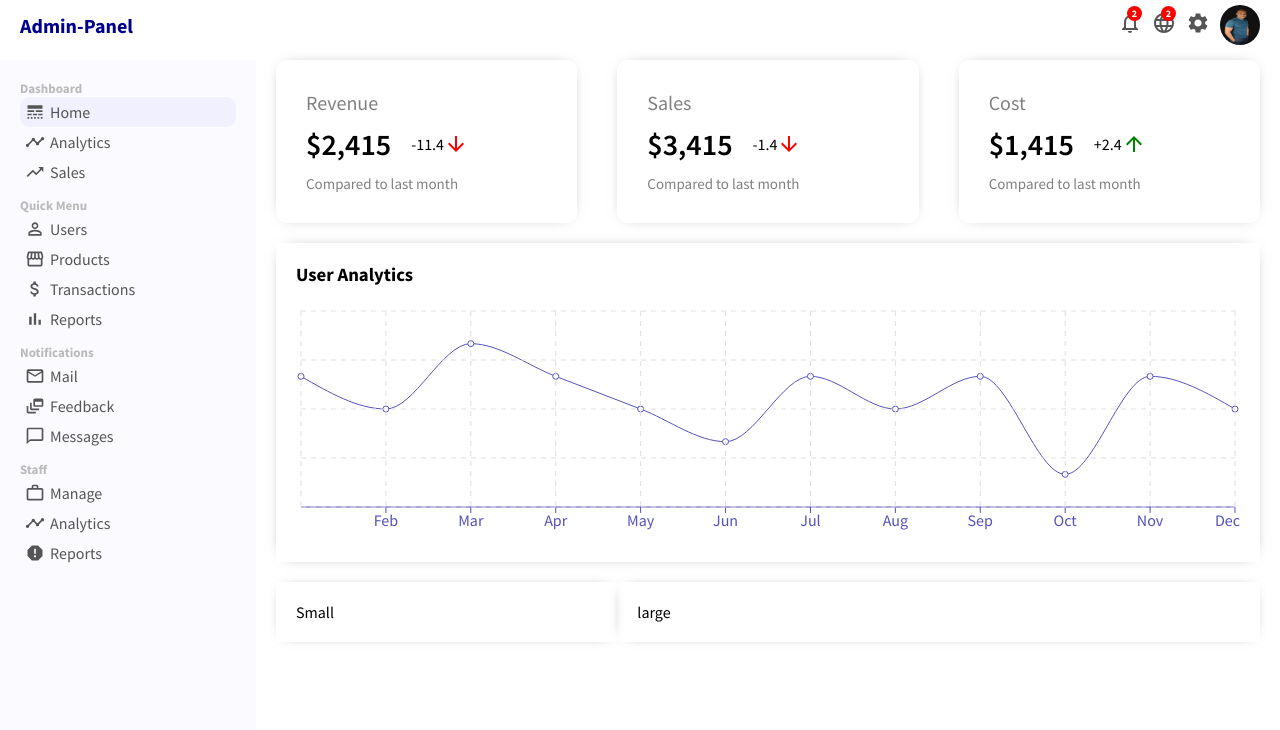
Repository: Samkiroko/admin-panel-ui
Page: /products
These files come from the project's save history. The page is drawn as it stood at one moment and after the next save; the edit follows.
The browser window is 1280 px wide. The pictures show the whole page.
The project was rebuilt for these pictures with package versions that can differ from the ones it lists, and the page was loaded fresh each time.

Above is the page before, as saved 2021-09-22 21:23:05.

### public/index.html
<!DOCTYPE html>
<html lang="en">
  <head>
    <meta charset="utf-8" />

    <meta name="viewport" content="width=device-width, initial-scale=1" />
    <meta name="theme-color" content="#000000" />
    <meta
      name="description"
      content="Web site created using create-react-app"
    />
    <link rel="preconnect" href="https://fonts.googleapis.com" />
    <link rel="preconnect" href="https://fonts.gstatic.com" crossorigin />
    <link
      href="https://fonts.googleapis.com/css2?family=Source+Sans+Pro:wght@200;300;400;600;700;900&display=swap"
      rel="stylesheet"
    />

    <style>
      * {
        font-family: "Source Sans Pro", sans-serif;
        margin: 0;
      }
    </style>
    <title>React admin panel</title>
  </head>

  <body>
    <noscript>You need to enable JavaScript to run this app.</noscript>
    <div id="root"></div>
  </body>
</html>

### src/App.js
import Sidebar from './components/sidebar/Sidebar'
import Topbar from './components/topbar/Topbar'
import './app.css'
import Home from './pages/home/Home'

function App() {
  return (
    <div className='App'>
      <Topbar />
      <div className='container'>
        <Sidebar />
        <Home />
      </div>
    </div>
  )
}

export default App

### src/components/sidebar/Sidebar.js
import {
  LineStyle,
  Timeline,
  TrendingUp,
  PermIdentity,
  Storefront,
  AttachMoney,
  BarChart,
  MailOutline,
  DynamicFeed,
  ChatBubbleOutline,
  WorkOutline,
  Report,
} from '@material-ui/icons'
import React from 'react'
import './sidebar.css'

const Sidebar = () => {
  return (
    <div className='sidebar'>
      <div className='sidebarWrapper'>
        <div className='sidebarMenu'>
          <h3 className='sidebarTitle'>Dashboard</h3>
          <ul className='sidebarList'>
            <li className='sidebarListItem active'>
              <LineStyle className='sidebarIcon' />
              Home
            </li>

            <li className='sidebarListItem'>
              <Timeline className='sidebarIcon' />
              Analytics
            </li>
            <li className='sidebarListItem'>
              <TrendingUp className='sidebarIcon' />
              Sales
            </li>
          </ul>
        </div>
        <div className='sidebarMenu'>
          <h3 className='sidebarTitle'>Quick Menu</h3>
          <ul className='sidebarList'>
            <li className='sidebarListItem'>
              <PermIdentity className='sidebarIcon' />
              Users
            </li>

            <li className='sidebarListItem'>
              <Storefront className='sidebarIcon' />
              Products
            </li>

            <li className='sidebarListItem'>
              <AttachMoney className='sidebarIcon' />
              Transactions
            </li>
            <li className='sidebarListItem'>
              <BarChart className='sidebarIcon' />
              Reports
            </li>
          </ul>
        </div>
        <div className='sidebarMenu'>
          <h3 className='sidebarTitle'>Notifications</h3>
          <ul className='sidebarList'>
            <li className='sidebarListItem'>
              <MailOutline className='sidebarIcon' />
              Mail
            </li>
            <li className='sidebarListItem'>
              <DynamicFeed className='sidebarIcon' />
              Feedback
            </li>
            <li className='sidebarListItem'>
              <ChatBubbleOutline className='sidebarIcon' />
              Messages
            </li>
          </ul>
        </div>
        <div className='sidebarMenu'>
          <h3 className='sidebarTitle'>Staff</h3>
          <ul className='sidebarList'>
            <li className='sidebarListItem'>
              <WorkOutline className='sidebarIcon' />
              Manage
            </li>
            <li className='sidebarListItem'>
              <Timeline className='sidebarIcon' />
              Analytics
            </li>
            <li className='sidebarListItem'>
              <Report className='sidebarIcon' />
              Reports
            </li>
          </ul>
        </div>
      </div>
    </div>
  )
}

export default Sidebar

### src/components/topbar/Topbar.js
import React from 'react'
import './topbar.css'
import { Language, NotificationsNone, Settings } from '@material-ui/icons'
import avatar from '../../images/sam_pic.jpeg'
const Topbar = () => {
  return (
    <div className='topbar'>
      <div className='topbarWrapper'>
        <div className='topLeft'>
          <span className='logo'>Admin-Panel</span>
        </div>
        <div className='topRight'>
          <div className='topbarIconContainer'>
            <NotificationsNone />
            <span className='topIconBadge'>2</span>
          </div>
          <div className='topbarIconContainer'>
            <Language />
            <span className='topIconBadge'>2</span>
          </div>
          <div className='topbarIconContainer'>
            <Settings />
          </div>
          <img src={avatar} alt='avatar' className='topAvatar' />
        </div>
      </div>
    </div>
  )
}

export default Topbar

### src/app.css
.container {
    display: flex;
    margin-top: 10px;
}

.link {
    text-decoration: none;
    color: inherit;
}

### src/pages/home/Home.js
import React from 'react'
import Chart from '../../components/chart/Chart'
import FeatureInfo from '../../components/featuredInfo/FeatureInfo'
import './home.css'
import { userData } from '../../dummyData'
import WidgetLg from '../../components/widgetLg/WidgetLg'
import WidgetSm from '../../components/widgetSm/WidgetSm'

const Home = () => {
  return (
    <div className='home'>
      <FeatureInfo />
      <Chart data={userData} title='User Analytics' grid dataKey='Active User' />
      <div className='homeWidgets'>
        <WidgetSm />
        <WidgetLg />
      </div>
    </div>
  )
}

export default Home

### src/components/sidebar/sidebar.css
.sidebar {
    flex: 1;
    height: calc(100vh - 50px);
    background-color: rgb(251, 251, 255);
    position: sticky;
    top: 50px;
}

.sidebarWrapper {
    padding: 20px;
    color: #555;
}

.sidebarMenu {
    margin-bottom: 10px;
}

.sidebarTitle {
    font-size: 13px;
    color: rgb(187, 186, 186);
}

.sidebarList {
    list-style: none;
    padding: 0;
}

.sidebarListItem {
    padding: 5px;
    cursor: pointer;
    display: flex;
    align-items: center;
    border-radius: 10px;
}

.sidebarListItem.active,
.sidebarListItem:hover {
    background-color: rgb(240, 240, 255);
}

.sidebarIcon {
    margin-right: 5px;
    font-size: 20px !important;
}

### src/components/topbar/topbar.css
.topbar {
    width: 100%;
    height: 50px;
    background-color: white;
    position: sticky;
    top: 0;
    z-index: 999;
}

.topbarWrapper {
    height: 100%;
    padding: 0px 20px;
    display: flex;
    align-items: center;
    justify-content: space-between;
}

.logo {
    font-weight: bold;
    font-size: 20px;
    color: darkblue;
    cursor: pointer;
}

.topbarIconContainer {
    position: relative;
    align-items: center;
    margin-right: 10px;
    color: #555;
}

.topIconBadge {
    width: 15px;
    height: 15px;
    position: absolute;
    top: -5px;
    right: 0px;
    background-color: red;
    color: white;
    border-radius: 50%;
    display: flex;
    align-items: center;
    justify-content: center;
    font-size: 10px;
    font-weight: bold;
}

.topRight {
    display: flex;
    align-items: center;
    cursor: pointer;
}

.topAvatar {
    width: 40px;
    height: 40px;
    border-radius: 50%;
    cursor: pointer;
}

### src/components/chart/Chart.js
import './chart.css'
import { LineChart, Line, XAxis, CartesianGrid, Tooltip, ResponsiveContainer } from 'recharts'

export default function Chart({ title, data, dataKey, grid }) {
  return (
    <div className='chart'>
      <h3 className='chartTitle'>{title}</h3>
      <ResponsiveContainer width='100%' aspect={4 / 1}>
        <LineChart data={data}>
          <XAxis dataKey='name' stroke='#5550bd' />
          <Line type='monotone' dataKey={dataKey} stroke='#5550bd' />
          <Tooltip />
          {grid && <CartesianGrid stroke='#e0dfdf' strokeDasharray='5 5' />}
        </LineChart>
      </ResponsiveContainer>
    </div>
  )
}

### src/components/featuredInfo/FeatureInfo.js
import { ArrowDownward, ArrowUpward } from '@material-ui/icons'
import React from 'react'
import './featureInfo.css'

const FeatureInfo = () => {
  return (
    <div className='featured'>
      <div className='featuredItem'>
        <span className='featuredTitle'>Revenue</span>
        <div className='featuredMoneyContainer'>
          <span className='featuredMoney'>$2,415</span>
          <span className='featuredMoneyRate'>
            -11.4
            <ArrowDownward className='featuredIcon negative' />
          </span>
        </div>
        <span className='featuredSub'>Compared to last month</span>
      </div>
      <div className='featuredItem'>
        <span className='featuredTitle'>Sales</span>
        <div className='featuredMoneyContainer'>
          <span className='featuredMoney'>$3,415</span>
          <span className='featuredMoneyRate'>
            -1.4
            <ArrowDownward className='featuredIcon negative' />
          </span>
        </div>
        <span className='featuredSub'>Compared to last month</span>
      </div>{' '}
      <div className='featuredItem'>
        <span className='featuredTitle'>Cost</span>
        <div className='featuredMoneyContainer'>
          <span className='featuredMoney'>$1,415</span>
          <span className='featuredMoneyRate'>
            +2.4
            <ArrowUpward className='featuredIcon ' />
          </span>
        </div>
        <span className='featuredSub'>Compared to last month</span>
      </div>
    </div>
  )
}

export default FeatureInfo

### src/dummyData.js
export const userData = [
  {
    name: 'Jan',
    'Active User': 4000,
  },
  {
    name: 'Feb',
    'Active User': 3000,
  },
  {
    name: 'Mar',
    'Active User': 5000,
  },
  {
    name: 'Apr',
    'Active User': 4000,
  },
  {
    name: 'May',
    'Active User': 3000,
  },
  {
    name: 'Jun',
    'Active User': 2000,
  },
  {
    name: 'Jul',
    'Active User': 4000,
  },
  {
    name: 'Aug',
    'Active User': 3000,
  },
  {
    name: 'Sep',
    'Active User': 4000,
  },
  {
    name: 'Oct',
    'Active User': 1000,
  },
  {
    name: 'Nov',
    'Active User': 4000,
  },
  {
    name: 'Dec',
    'Active User': 3000,
  },
]

export const productData = [
  {
    name: 'Jan',
    Sales: 4000,
  },
  {
    name: 'Feb',
    Sales: 3000,
  },
  {
    name: 'Mar',
    Sales: 5000,
  },
]

export const userRows = [
  {
    id: 1,
    username: 'Jon Snow',
    avatar: 'https://images.pexels.com/photos/1152994/pexels-photo-1152994.jpeg?auto=compress&cs=tinysrgb&dpr=2&w=500',
    email: 'jon@gmail.com',
    status: 'active',
    transaction: '$120.00',
  },
  {
    id: 2,
    username: 'Jon Snow',
    avatar: 'https://images.pexels.com/photos/1152994/pexels-photo-1152994.jpeg?auto=compress&cs=tinysrgb&dpr=2&w=500',
    email: 'jon@gmail.com',
    status: 'active',
    transaction: '$120.00',
  },
  {
    id: 3,
    username: 'Jon Snow',
    avatar: 'https://images.pexels.com/photos/1152994/pexels-photo-1152994.jpeg?auto=compress&cs=tinysrgb&dpr=2&w=500',
    email: 'jon@gmail.com',
    status: 'active',
    transaction: '$120.00',
  },
  {
    id: 4,
    username: 'Jon Snow',
    avatar: 'https://images.pexels.com/photos/1152994/pexels-photo-1152994.jpeg?auto=compress&cs=tinysrgb&dpr=2&w=500',
    email: 'jon@gmail.com',
    status: 'active',
    transaction: '$120.00',
  },
  {
    id: 5,
    username: 'Jon Snow',
    avatar: 'https://images.pexels.com/photos/1152994/pexels-photo-1152994.jpeg?auto=compress&cs=tinysrgb&dpr=2&w=500',
    email: 'jon@gmail.com',
    status: 'active',
    transaction: '$120.00',
  },
  {
    id: 6,
    username: 'Jon Snow',
    avatar: 'https://images.pexels.com/photos/1152994/pexels-photo-1152994.jpeg?auto=compress&cs=tinysrgb&dpr=2&w=500',
    email: 'jon@gmail.com',
    status: 'active',
    transaction: '$120.00',
  },
  {
    id: 7,
    username: 'Jon Snow',
    avatar: 'https://images.pexels.com/photos/1152994/pexels-photo-1152994.jpeg?auto=compress&cs=tinysrgb&dpr=2&w=500',
    email: 'jon@gmail.com',
    status: 'active',
    transaction: '$120.00',
  },
  {
    id: 8,
    username: 'Jon Snow',
    avatar: 'https://images.pexels.com/photos/1152994/pexels-photo-1152994.jpeg?auto=compress&cs=tinysrgb&dpr=2&w=500',
    email: 'jon@gmail.com',
    status: 'active',
    transaction: '$120.00',
  },
  {
    id: 9,
    username: 'Jon Snow',
    avatar: 'https://images.pexels.com/photos/1152994/pexels-photo-1152994.jpeg?auto=compress&cs=tinysrgb&dpr=2&w=500',
    email: 'jon@gmail.com',
    status: 'active',
    transaction: '$120.00',
  },
  {
    id: 10,
    username: 'Jon Snow',
    avatar: 'https://images.pexels.com/photos/1152994/pexels-photo-1152994.jpeg?auto=compress&cs=tinysrgb&dpr=2&w=500',
    email: 'jon@gmail.com',
    status: 'active',
    transaction: '$120.00',
  },
]

export const productRows = [
  {
    id: 1,
    name: 'Apple Airpods',
    img: 'https://images.pexels.com/photos/7156886/pexels-photo-7156886.jpeg?auto=compress&cs=tinysrgb&dpr=2&w=500',
    stock: 123,
    status: 'active',
    price: '$120.00',
  },
  {
    id: 2,
    name: 'Apple Airpods',
    img: 'https://images.pexels.com/photos/7156886/pexels-photo-7156886.jpeg?auto=compress&cs=tinysrgb&dpr=2&w=500',
    stock: 123,
    status: 'active',
    price: '$120.00',
  },
  {
    id: 3,
    name: 'Apple Airpods',
    img: 'https://images.pexels.com/photos/7156886/pexels-photo-7156886.jpeg?auto=compress&cs=tinysrgb&dpr=2&w=500',
    stock: 123,
    status: 'active',
    price: '$120.00',
  },
  {
    id: 4,
    name: 'Apple Airpods',
    img: 'https://images.pexels.com/photos/7156886/pexels-photo-7156886.jpeg?auto=compress&cs=tinysrgb&dpr=2&w=500',
    stock: 123,
    status: 'active',
    price: '$120.00',
  },
  {
    id: 5,
    name: 'Apple Airpods',
    img: 'https://images.pexels.com/photos/7156886/pexels-photo-7156886.jpeg?auto=compress&cs=tinysrgb&dpr=2&w=500',
    stock: 123,
    status: 'active',
    price: '$120.00',
  },
  {
    id: 6,
    name: 'Apple Airpods',
    img: 'https://images.pexels.com/photos/7156886/pexels-photo-7156886.jpeg?auto=compress&cs=tinysrgb&dpr=2&w=500',
    stock: 123,
    status: 'active',
    price: '$120.00',
  },
  {
    id: 7,
    name: 'Apple Airpods',
    img: 'https://images.pexels.com/photos/7156886/pexels-photo-7156886.jpeg?auto=compress&cs=tinysrgb&dpr=2&w=500',
    stock: 123,
    status: 'active',
    price: '$120.00',
  },
  {
    id: 8,
    name: 'Apple Airpods',
    img: 'https://images.pexels.com/photos/7156886/pexels-photo-7156886.jpeg?auto=compress&cs=tinysrgb&dpr=2&w=500',
    stock: 123,
    status: 'active',
    price: '$120.00',
  },
  {
    id: 9,
    name: 'Apple Airpods',
    img: 'https://images.pexels.com/photos/7156886/pexels-photo-7156886.jpeg?auto=compress&cs=tinysrgb&dpr=2&w=500',
    stock: 123,
    status: 'active',
    price: '$120.00',
  },
  {
    id: 10,
    name: 'Apple Airpods',
    img: 'https://images.pexels.com/photos/7156886/pexels-photo-7156886.jpeg?auto=compress&cs=tinysrgb&dpr=2&w=500',
    stock: 123,
    status: 'active',
    price: '$120.00',
  },
]

### src/components/widgetLg/WidgetLg.js
import React from 'react'
import './widgetLg.css'

const WidgetLg = () => {
  return <div className='widgetLg'>large</div>
}

export default WidgetLg

### src/components/widgetSm/WidgetSm.js
import React from 'react'
import './widgetSm.css'

const WidgetSm = () => {
  return <div className='widgetSg'>Small</div>
}

export default WidgetSm

### src/components/chart/chart.css
.chart {
    margin: 20px;
    padding: 20px;
    cursor: pointer;
    -webkit-box-shadow: 0px 0px 15px -10px rgba(0, 0, 0, 0.75);
    box-shadow: 0px 0px 15px -10px rgba(0, 0, 0, 0.75);
}

.chartTitle {
    margin-bottom: 20px;
}

### src/components/featuredInfo/featureInfo.css
.featured {
    width: 100%;
    display: flex;
    justify-content: space-between;
}

.featuredItem {
    flex: 1;
    margin: 0px 20px;
    padding: 30px;
    border-radius: 10px;
    cursor: pointer;
    -webkit-box-shadow: 0px 0px 15px -10px rgba(0, 0, 0, 0.75);
    box-shadow: 0px 0px 15px -10px rgba(0, 0, 0, 0.75);
}

.featuredTitle {
    font-size: 20px;
    color: gray;
}

.featuredMoneyContainer {
    margin: 10px 0px;
    display: flex;
    align-items: center;
}

.featuredMoney {
    font-size: 30px;
    font-weight: 600;
}

.featuredMoneyRate {
    display: flex;
    align-items: center;
    margin-left: 20px;
}

.featuredIcon {
    font-size: 14px;
    margin-right: 5px;
    color: green;
}

.featuredIcon.negative {
    color: red;
}

.featuredSub {
    font-size: 15px;
    color: gray;
}

### src/components/widgetLg/widgetLg.css
.widgetLg {
    flex: 2;
    padding: 20px;
    -webkit-box-shadow: 0px 0px 15px -10px rgba(0, 0, 0, 0.75);
    box-shadow: 0px 0px 15px -10px rgba(0, 0, 0, 0.75);
}

### src/components/widgetSm/widgetSm.css
.widgetSg {
    flex: 1;
    padding: 20px;
    -webkit-box-shadow: 0px 0px 15px -10px rgba(0, 0, 0, 0.75);
    box-shadow: 0px 0px 15px -10px rgba(0, 0, 0, 0.75);
}

Loaded but not shown: src/index.js (common file); src/index.css (common file); src/pages/home/home.css (common file)

After the next save:
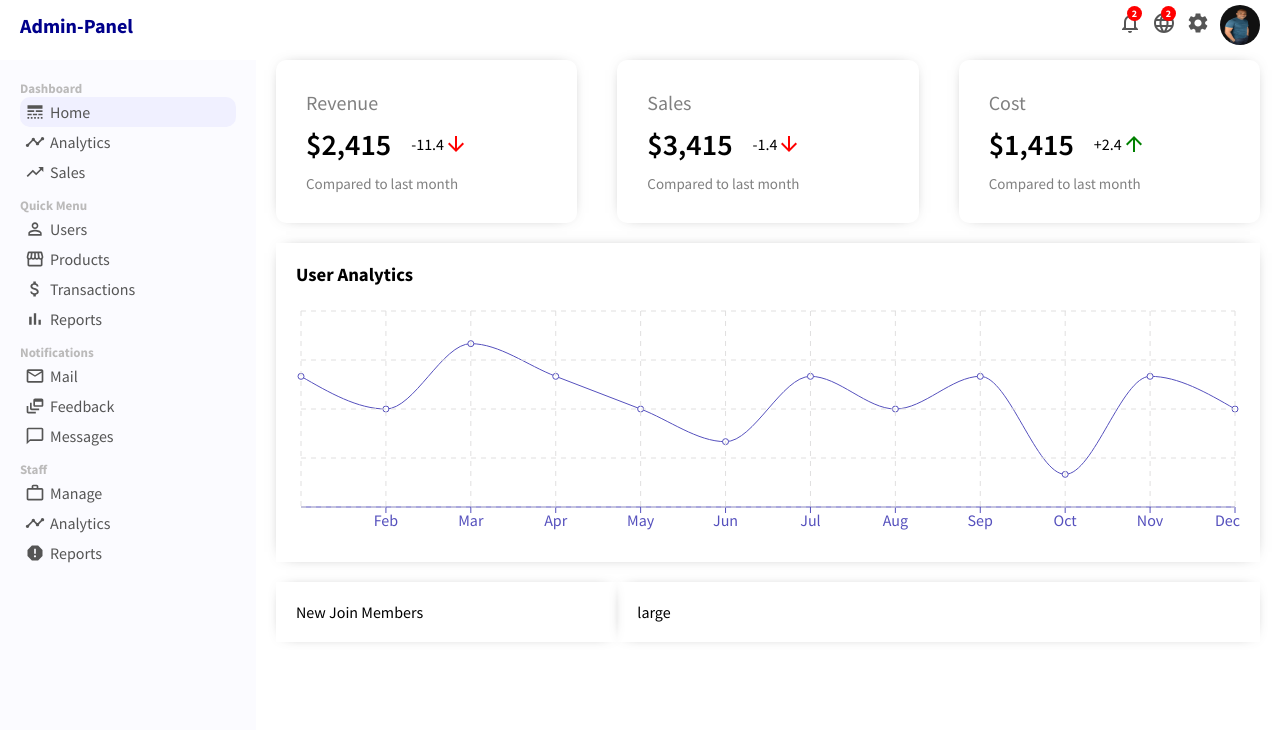
Saved 13 min 10 s later.
--- a/src/components/widgetSm/WidgetSm.js
+++ b/src/components/widgetSm/WidgetSm.js
@@ -2,7 +2,11 @@ import React from 'react'
 import './widgetSm.css'
 
 const WidgetSm = () => {
-  return <div className='widgetSg'>Small</div>
+  return (
+    <div className='widgetSg'>
+      <span className='widgetSmTitle'>New Join Members</span>
+    </div>
+  )
 }
 
 export default WidgetSm
